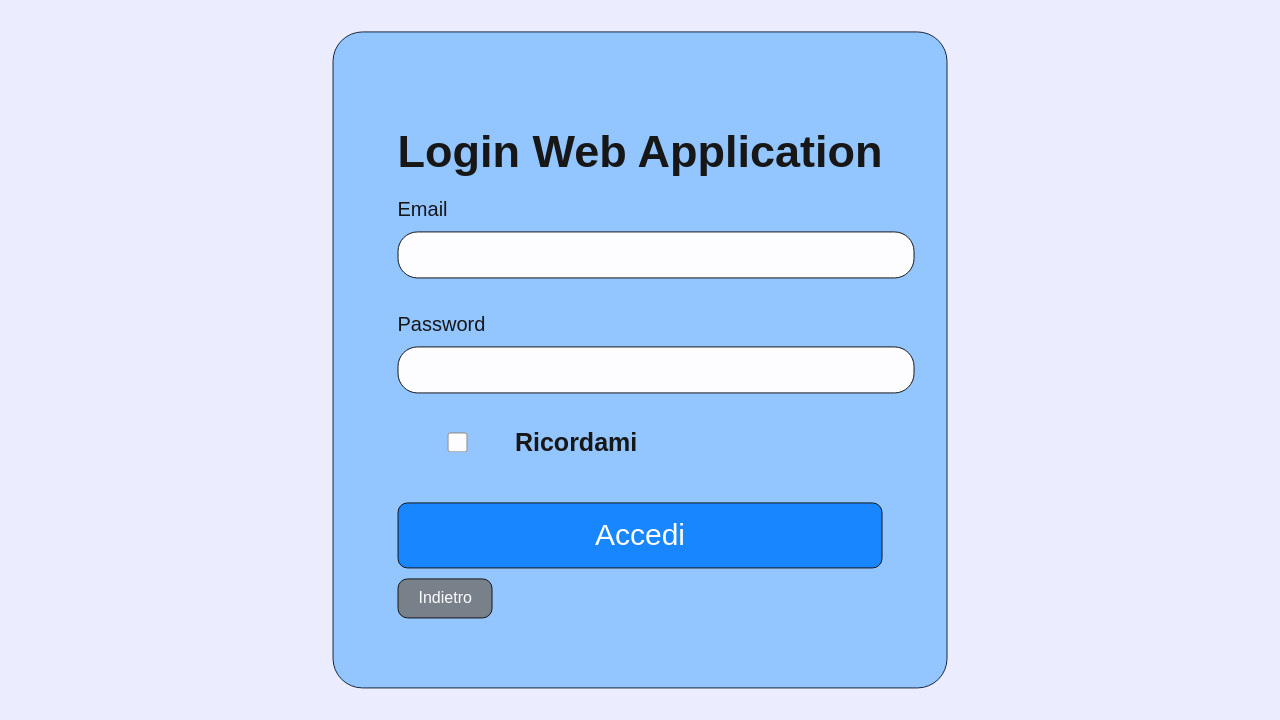
Repository: GabrielCellammare/WebApplication-SA-CyberSecurity
Page: http://localhost/WebProject-CellammareGabriel_ApplicationSecurity_/userNotLoggedLogin.jsp
An editor plug-in stored every save of this project. The page is shown before and after the next save, followed by the edit.
The browser window is 1280 px wide. The pictures show the whole page.
The page is served by Tomcat 9. Nobody is signed in. The application's start-up code is not run.

Above is the page before, as saved 2024-08-26 19:30:51.

After the next save:
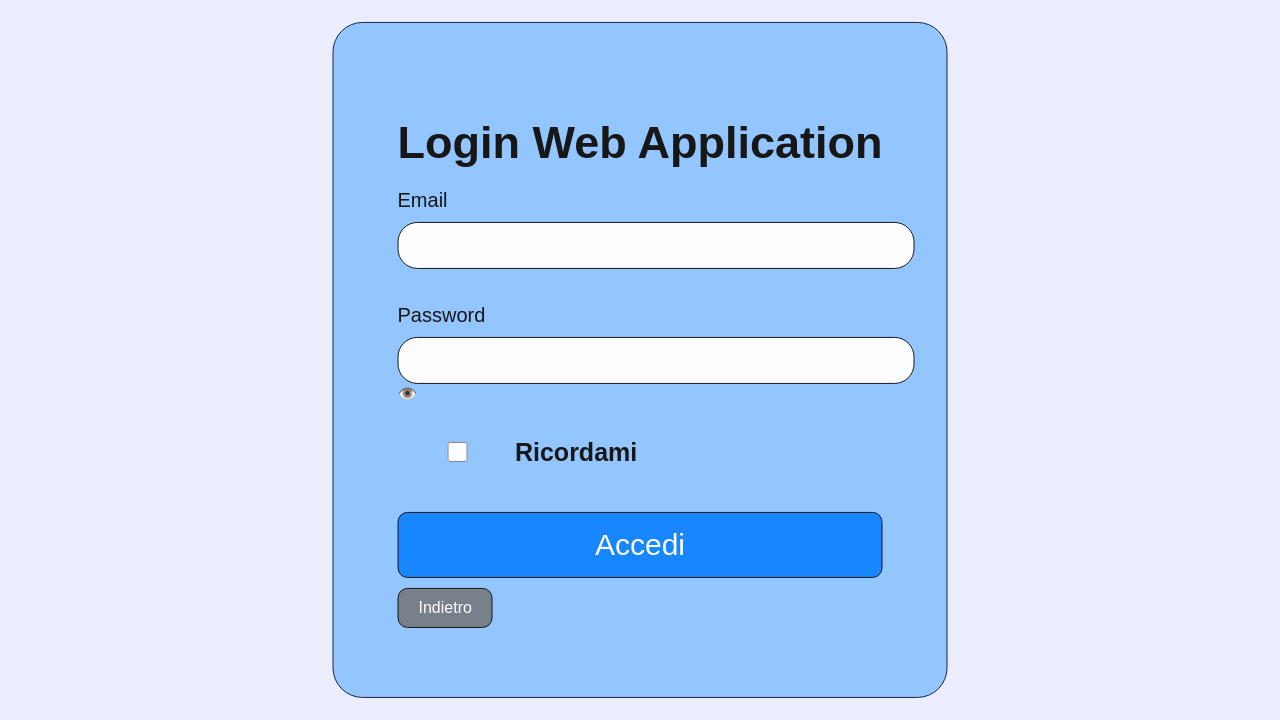
Saved 14 h 15 min later.
--- a/WebProject-CellammareGabriel(ApplicationSecurity)/WebContent/userNotLoggedLogin.jsp
+++ b/WebProject-CellammareGabriel(ApplicationSecurity)/WebContent/userNotLoggedLogin.jsp
@@ -19,6 +19,7 @@
                 <div class="field">
                     <label for="password">Password</label>
                     <input type="password" name="password" id="password" required>
+                    <span class="toggle-password" onclick="togglePassword()">👁️</span>
                 </div>
                 <div class="field">
                     <input type="checkbox" name="remember" id="remember">
